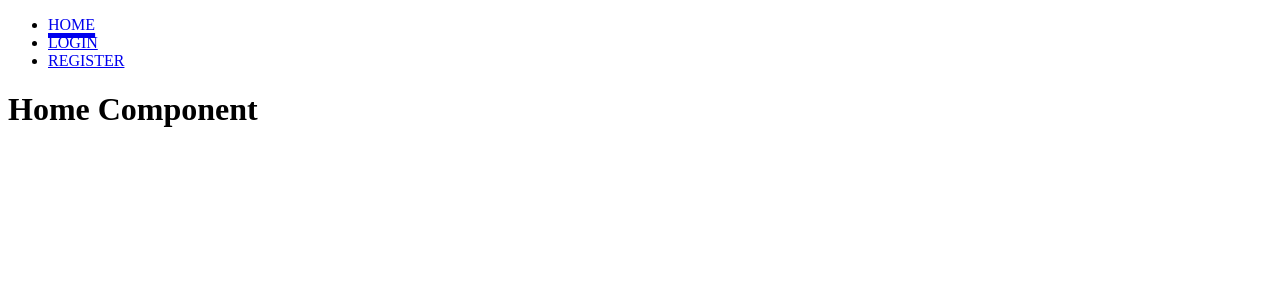
Repository: ymw0331/shop-hub
Page: / (app in client/)
The author's editor kept a copy of each file at every save. The page is drawn from the files as they stood at one save, then again after a run of saves.
The browser window is 1280 px wide. The pictures show the whole page.
The project was rebuilt for these pictures with package versions that can differ from the ones it lists, and the page was loaded fresh each time. Also part of the build but not shown: client/src/pages/Login.jsx, client/src/pages/Register.jsx.

Above is the page before, as saved 2023-01-05 01:15:35.

After the next 3 saves:
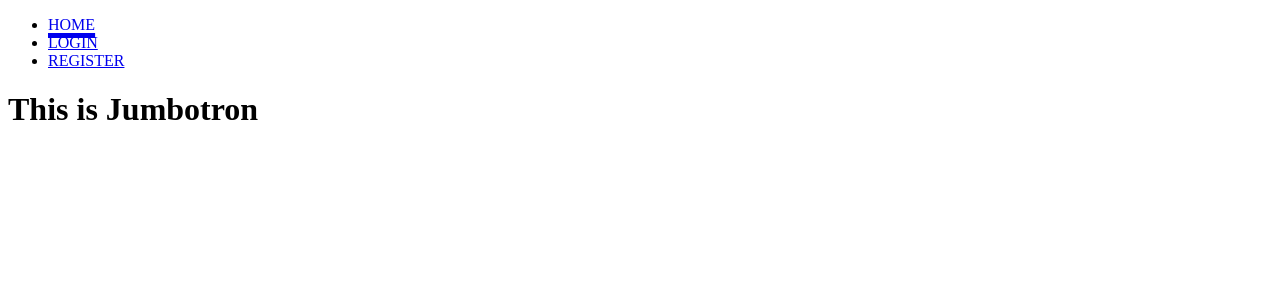
The 3 saves are shown as one change because they came seconds apart.
The last was saved 15 s later.
--- a/client/src/pages/Home.jsx
+++ b/client/src/pages/Home.jsx
@@ -4,7 +4,10 @@ export default function Home ()
 {
   return (
     <div>
-      <h1>Home Component</h1>
+      <Jumbotron>
+        <h1>Home Component</h1>
+
+      </Jumbotron>
     </div>
   );
 }
